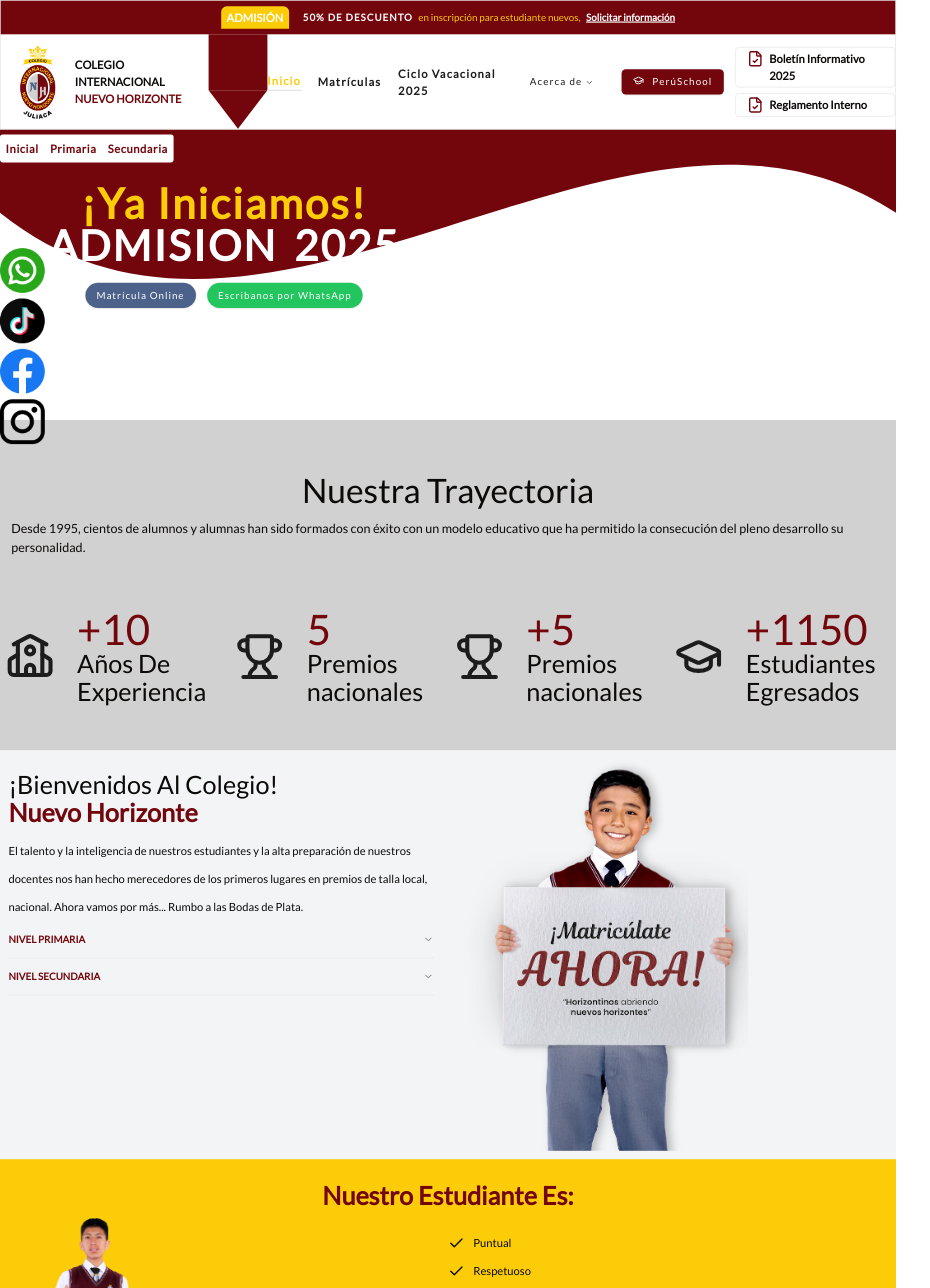
Repository: jefrydep/new_horizont_school
Page: /
The author's editor kept a copy of each file at every save. The page is drawn from the files as they stood at one save, then again after the next save.
The browser window is 1280 px wide. The page is 1280 px wide, then 1328 px, so the pictures cover 1328 px, including what lies to the right of the window. The pictures show the part of the page from y = 0 to 1840 px (the page is 4395 px tall before and 4775 px after), at 70% of full size.
The project was rebuilt for these pictures with package versions that can differ from the ones it lists, and the page was loaded fresh each time. The framework's server and built-in components were replaced by stand-ins that run in the browser. Also part of the build but not shown: next.config.ts.

Above is the page before, as saved 2024-12-04 21:45:15.

### src/app/layout.tsx
import type { Metadata } from "next";
import "./globals.css";
import Navbar from "@/components/Navbar";
import Footer from "@/components/Footer";


import { Lato } from 'next/font/google'

const lato = Lato({
  weight: '400',
  subsets: ['latin'],
  display: 'swap',
})

export const metadata: Metadata = {
  title: "COLEGIO INTERNACIONAL NUEVO HORIZONTE - JULIACA",
  description: "el mejor colegio de JULIACA,Colegio internacional nuevo horizonte",
};

export default function RootLayout({
  children,
}: Readonly<{
  children: React.ReactNode;
}>) {
  return (
    <html lang="es">

      <body
        className={` ${lato.className} antialiased `}
      >

        <div className="">
          <Navbar />
        </div>
        <main className="   ">

          {children}
          <div className="flex flex-col fixed  bottom-2     z-50   sm:top-1/2  gap-2">
            <a href="https://wa.me/+51999070701?text=Me%20gustar%C3%ADa%20recibir%20m%C3%A1s%20informaci%C3%B3n%20sobre%20el%20proceso%20de%20matr%C3%ADcula,%20requisitos%20y%20fechas%20importantes.%20Agradecer%C3%ADa%20su%20orientaci%C3%B3n%20para%20poder%20completar%20mi%20inscripci%C3%B3n%20de%20manera%20adecuada.%0A%0AQuedo%20atento%20a%20su%20respuesta.%0A%0ASaludos%20cordiales,%0A" target="_blank">
              {/* Solicitar información */}
              <img src="/whatsapp.png" alt="" className=" animate-bounce h-11  sm:h-16" />
            </a>

            <a href="https://www.tiktok.com/@colegionuevohorizonte" target="_blank">
              {/* Solicitar información */}
              <img src="/tik-tok.png" alt="" className=" animate-bounce h-11  sm:h-16 " />
            </a>
            <a href="https://www.facebook.com/internuevohorizonte  " target="_blank">
              {/* Solicitar información */}
              <img src="/facebook.png" alt="" className=" animate-bounce h-11  sm:h-16 " />
            </a>
            <a href="https://www.instagram.com/colegionuevohorizontejuliaca" target="_blank">
              {/* Solicitar información */}
              <img src="/instagram.png" alt="" className=" animate-bounce h-11  sm:h-16" />
            </a>
          </div>
        </main>
        <Footer />
      </body>
    </html>
  );
}

### src/app/page.tsx
import Form from "@/components/Form";
import Hero from "@/components/Hero";
import Location from "@/components/Location";
import PresentationCard from "@/components/PresentationCard";
import RegisterCard from "@/components/RegisterCard";
import StudentCard from "@/components/StudentCard";
import TrajectoryCard from "@/components/TrajectoryCard";

export default function Home() {
  return (
    <div className="">
      <Hero colorWave="#fff" title="¡Ya Iniciamos!" subtitle="ADMISION" year="2025" />
      <TrajectoryCard />
      <PresentationCard title="¡Bienvenidos Al Colegio!" subtitle="Nuevo Horizonte" />
      <StudentCard title="Nuestro Estudiante Es:" />
      <RegisterCard title="Proceso De Matrícula 2025" />
      <Form />
      <Location/>
    </div>
  );
}

### src/app/globals.css
@tailwind base;
@tailwind components;
@tailwind utilities;

body {
  font-family: Arial, Helvetica, sans-serif;
}

@layer base {
  :root {
    --background: 0 0% 100%;
    --foreground: 20 14.3% 4.1%;
    --card: 0 0% 100%;
    --card-foreground: 20 14.3% 4.1%;
    --popover: 0 0% 100%;
    --popover-foreground: 20 14.3% 4.1%;
    --primary: 24 9.8% 10%;
    --primary-foreground: 60 9.1% 97.8%;
    --secondary: 60 4.8% 95.9%;
    --secondary-foreground: 24 9.8% 10%;
    --muted: 60 4.8% 95.9%;
    --muted-foreground: 25 5.3% 44.7%;
    --accent: 60 4.8% 95.9%;
    --accent-foreground: 24 9.8% 10%;
    --destructive: 0 84.2% 60.2%;
    --destructive-foreground: 60 9.1% 97.8%;
    --border: 20 5.9% 90%;
    --input: 20 5.9% 90%;
    --ring: 20 14.3% 4.1%;
    --chart-1: 12 76% 61%;
    --chart-2: 173 58% 39%;
    --chart-3: 197 37% 24%;
    --chart-4: 43 74% 66%;
    --chart-5: 27 87% 67%;
    --radius: 0.5rem;
  }
  .dark {
    --background: 20 14.3% 4.1%;
    --foreground: 60 9.1% 97.8%;
    --card: 20 14.3% 4.1%;
    --card-foreground: 60 9.1% 97.8%;
    --popover: 20 14.3% 4.1%;
    --popover-foreground: 60 9.1% 97.8%;
    --primary: 60 9.1% 97.8%;
    --primary-foreground: 24 9.8% 10%;
    --secondary: 12 6.5% 15.1%;
    --secondary-foreground: 60 9.1% 97.8%;
    --muted: 12 6.5% 15.1%;
    --muted-foreground: 24 5.4% 63.9%;
    --accent: 12 6.5% 15.1%;
    --accent-foreground: 60 9.1% 97.8%;
    --destructive: 0 62.8% 30.6%;
    --destructive-foreground: 60 9.1% 97.8%;
    --border: 12 6.5% 15.1%;
    --input: 12 6.5% 15.1%;
    --ring: 24 5.7% 82.9%;
    --chart-1: 220 70% 50%;
    --chart-2: 160 60% 45%;
    --chart-3: 30 80% 55%;
    --chart-4: 280 65% 60%;
    --chart-5: 340 75% 55%;
  }
}

@layer base {
  * {
    @apply border-border;
  }
  body {
    @apply bg-background text-foreground;
  }
}
@keyframes slideDown {
  0% {
    transform: translateY(-20px);
    opacity: 0;
  }
  100% {
    transform: translateY(0);
    opacity: 1;
  }
}

.animate-slide-down {
  animation: slideDown 1s ease-out forwards;
}

/* Animación con retraso para un efecto de secuencia */
.animate-slide-down-delay-1 {
  animation: slideDown 1s ease-out forwards;
  animation-delay: 0.3s; /* Retraso para el primer texto */
}

.animate-slide-down-delay-2 {
  animation: slideDown 1s ease-out forwards;
  animation-delay: 0.6s; /* Retraso para el segundo texto */
}

### src/components/Hero.tsx
"use client";
import { Button } from "./ui/button";

const imagesHero = [
  {
    id: 1,
    path: "/matricula-2025.jpg",
  },
  {
    id: 2,
    path: "/matricula-2025-2.jpg",
  },
  {
    id: 3,
    path: "/matricula-2025-3.jpg",
  },
  {
    id: 4,
    path: "/matricula-2025-4.jpg",
  },
  {
    id: 5,
    path: "/matricula-2025-5.jpg",
  },
  {
    id: 6,
    path: "/ingresante.jpg",
  },
];
import {
  Carousel,
  CarouselContent,
  CarouselItem,
  CarouselNext,
  CarouselPrevious,
} from "@/components/ui/carousel";
import Autoplay from "embla-carousel-autoplay";

interface Props {
  title: string;
  subtitle: string;
  year?: string;

  colorWave?: string;
}

export default function Hero({ title, subtitle, year, colorWave }: Props) {
  return (
    <div className=" bg-title  ">
      <section className="container m-auto sm:pt-8 pt-40">
        {/* Contenedor con la imagen, texto y botones */}
        <div className="    flex flex-col     sm:pt-40 relative">
          <div className="   flex flex-row text-title font-bold justify-center mb-7 w-full sm:w-min    h-min    px-2 py-2 tracking-wider rounded gap-4   bg-white">
            <span>Inicial</span>
            <span>Primaria</span>
            <span>Secundaria</span>
          </div>
          {/* <div className="">
            <img className="z-50" src="/matricula-2025.jpg" alt=""  />
          </div> */}
          <div className="flex flex-col sm:flex-row  ">
            <div className="   flex flex-col items-center sm:w-[50%] text-center px-4">
              <h1 className=" animate-slide-down-delay-2   text-4xl sm:text-6xl font-bold text-[#fbcc07] tracking-wider">
                {title}
                <br />
                <div>
                  <span className="text-white">{subtitle}</span>
                  <span className="text-white ml-6">{year}</span>
                </div>
              </h1>

              <div className="flex justify-center z-40   duration-75 text-white  gap-4 mt-6">
                <Button className="rounded-3xl   tracking-widest">
                  <a
                    href="https://wa.me/+51999070701?text=Me%20gustar%C3%ADa%20recibir%20m%C3%A1s%20informaci%C3%B3n%20sobre%20el%20proceso%20de%20matr%C3%ADcula,%20requisitos%20y%20fechas%20importantes.%20Agradecer%C3%ADa%20su%20orientaci%C3%B3n%20para%20poder%20completar%20mi%20inscripci%C3%B3n%20de%20manera%20adecuada.%0A%0AQuedo%20atento%20a%20su%20respuesta.%0A%0ASaludos%20cordiales,%0A"
                    target="_blank"
                  >
                    Matrícula Online
                  </a>
                </Button>
                <Button className="bg-green-500  hover:bg-green-600  tracking-widest  rounded-3xl">
                  <a
                    href="https://wa.me/+51999070701?text=Me%20gustar%C3%ADa%20recibir%20m%C3%A1s%20informaci%C3%B3n%20sobre%20el%20proceso%20de%20matr%C3%ADcula,%20requisitos%20y%20fechas%20importantes.%20Agradecer%C3%ADa%20su%20orientaci%C3%B3n%20para%20poder%20completar%20mi%20inscripci%C3%B3n%20de%20manera%20adecuada.%0A%0AQuedo%20atento%20a%20su%20respuesta.%0A%0ASaludos%20cordiales,%0A"
                    target="_blank"
                  >
                    Escribanos por WhatsApp
                  </a>
                </Button>
              </div>
              <div className="flex gap-3 mt-8">
                <h5 className="text-subtitle ">Lema:</h5>
                <b className="tracking-wider text-white">
                  “Horizontinos abriendo nuevos horizontes”
                </b>
              </div>
            </div>



            {/* <Carousel
              plugins={[
                Autoplay({
                  delay: 3000,
                }),
              ]}
              className=" px-3    sm:w-[50%] z-10  "
            >
              <CarouselContent className="min">
                {imagesHero.map((img) => (
                  <CarouselItem key={img.id}>
                    <div className=" ">
                      <div className="    flex justify-center   z-10">
                        <img
                          src={img.path}
                          alt="Imagen principal"
                          className="   w-full       "
                        />
                      </div>
                    </div>
                  </CarouselItem>
                ))}
              </CarouselContent>
              <CarouselPrevious />
              <CarouselNext className="hidden sm:block" />
            </Carousel> */}
          </div>
          <div className="absolute bottom-0 sm:hidden w-full h-16">
            <svg
              className="absolute bottom-0 left-0 w-full"
              viewBox="0 0 500 150"
              preserveAspectRatio="none"
            >
              <path
                d="M0.00,49.98 C149.54,170.23 349.20,-49.98 500.00,49.98 L500.00,150.00 L0.00,150.00 "
                fill={colorWave ? colorWave : "#1c1c1c"} // Color de la ola (puedes usar cualquier color)
              ></path>
            </svg>
          </div>
        </div>

        {/* La ola (wave) en la parte inferior */}
      </section>
      <div className="relative hidden sm:block  w-full h-16">
        <svg
          className="absolute bottom-0 left-0 w-full"
          viewBox="0 0 500 150"
          preserveAspectRatio="none"
        >
          <path
            d="M0.00,49.98 C149.54,170.23 349.20,-49.98 500.00,49.98 L500.00,150.00 L0.00,150.00 Z"
            // fill="#73060C" // Color de la ola (puedes usar cualquier color)
            fill={colorWave ? colorWave : "#1c1c1c"} // Color de la ola (puedes usar cualquier color)
          ></path>
        </svg>
      </div>
    </div>
  );
}

### src/components/Location.tsx

export default function Location() {
    return (
        <div className='w-full container m-auto bg-red-400'>
            {/* <iframe src="https://www.google.com/maps/embed?pb=!1m18!1m12!1m3!1d3844.9316625787906!2d-70.12231792745375!3d-15.488107585110283!2m3!1f0!2f0!3f0!3m2!1i1024!2i768!4f13.1!3m3!1m2!1s0x9167f3956c2bda63%3A0x64c4524617e0482a!2sColegio%20Nuevo%20Horizonte!5e0!3m2!1ses-419!2spe!4v1731094832258!5m2!1ses-419!2spe" width="600" height="450" style="border:0;" allowfullscreen="" loading="lazy" referrerpolicy="no-referrer-when-downgrade"></iframe> */}
            <iframe src="https://www.google.com/maps/embed?pb=!1m18!1m12!1m3!1d3844.9316625787906!2d-70.12231792745375!3d-15.488107585110283!2m3!1f0!2f0!3f0!3m2!1i1024!2i768!4f13.1!3m3!1m2!1s0x9167f3956c2bda63%3A0x64c4524617e0482a!2sColegio%20Nuevo%20Horizonte!5e0!3m2!1ses-419!2spe!4v1731094832258!5m2!1ses-419!2spe" width="100%" height="450"   loading="lazy"  ></iframe>
        </div>
    )
}

### src/components/StudentCard.tsx
import { Check } from "lucide-react";
const student = [
    {
        id: 1,
        profile: "Puntual"
    },
    {
        id: 2,
        profile: "Respetuoso"
    },
    {
        id: 3,
        profile: "Responsable"
    },
    {
        id: 4,
        profile: "Honesto"
    },

]
interface Props {
    title: string;

}
export default function StudentCard({ title }: Props) {
    return (
        <div className="bg-[#fbcc07] pt-8">

            <h4 className="text-4xl  text-title text-center font-bold">{title}</h4>
            <div className="container grid  grid-cols-1 sm:grid-cols-2   m-auto p-3">
                <div>
                    <img src="/SECUNDARIA.png" alt="nivel primaria" className="h-[23rem] sm:h-[33rem]" />
                </div>
                <div className="  w-full ">
                    {/* <h4 className="text-4xl">{subtitle}</h4> */}
                    <div className="leading-10 text-base mt-4">
                        {student.map(student => (



                            <span key={student.id} className="flex   items-center">
                                <Check />
                                <p className="ml-3">
                                    {student.profile}
                                </p>
                            </span>
                        ))}

                    </div>

                </div>


            </div>
        </div>
    )
}

### src/components/ui/button.tsx
import * as React from "react"
import { Slot } from "@radix-ui/react-slot"
import { cva, type VariantProps } from "class-variance-authority"

import { cn } from "@/lib/utils"

const buttonVariants = cva(
  "inline-flex items-center justify-center gap-2 whitespace-nowrap rounded-md text-sm font-medium transition-colors focus-visible:outline-none focus-visible:ring-1 focus-visible:ring-ring disabled:pointer-events-none disabled:opacity-50 [&_svg]:pointer-events-none [&_svg]:size-4 [&_svg]:shrink-0",
  {
    variants: {
      variant: {
        default:
          "bg-primary text-primary-foreground shadow hover:bg-primary/90",
        destructive:
          "bg-destructive text-destructive-foreground shadow-sm hover:bg-destructive/90",
        outline:
          "border border-input bg-background shadow-sm hover:bg-accent hover:text-accent-foreground",
        secondary:
          "bg-secondary text-secondary-foreground shadow-sm hover:bg-secondary/80",
        ghost: "hover:bg-accent hover:text-accent-foreground",
        link: "text-primary underline-offset-4 hover:underline",
      },
      size: {
        default: "h-9 px-4 py-2",
        sm: "h-8 rounded-md px-3 text-xs",
        lg: "h-10 rounded-md px-8",
        icon: "h-9 w-9",
      },
    },
    defaultVariants: {
      variant: "default",
      size: "default",
    },
  }
)

export interface ButtonProps
  extends React.ButtonHTMLAttributes<HTMLButtonElement>,
    VariantProps<typeof buttonVariants> {
  asChild?: boolean
}

const Button = React.forwardRef<HTMLButtonElement, ButtonProps>(
  ({ className, variant, size, asChild = false, ...props }, ref) => {
    const Comp = asChild ? Slot : "button"
    return (
      <Comp
        className={cn(buttonVariants({ variant, size, className }))}
        ref={ref}
        {...props}
      />
    )
  }
)
Button.displayName = "Button"

export { Button, buttonVariants }

### src/components/ui/textarea.tsx
import * as React from "react"

import { cn } from "@/lib/utils"

const Textarea = React.forwardRef<
  HTMLTextAreaElement,
  React.ComponentProps<"textarea">
>(({ className, ...props }, ref) => {
  return (
    <textarea
      className={cn(
        "flex min-h-[60px] w-full rounded-md border border-gray-600 bg-transparent px-3 py-2 text-base shadow-sm placeholder:text-muted-foreground focus-visible:outline-none focus-visible:ring-1 focus-visible:ring-ring disabled:cursor-not-allowed disabled:opacity-50 md:text-sm",
        className
      )}
      ref={ref}
      {...props}
    />
  )
})
Textarea.displayName = "Textarea"

export { Textarea }

### src/components/ui/input.tsx
import * as React from "react"

import { cn } from "@/lib/utils"

const Input = React.forwardRef<HTMLInputElement, React.ComponentProps<"input">>(
  ({ className, type, ...props }, ref) => {
    return (
      <input
        type={type}
        className={cn(
          "flex h-9 w-full rounded-md border  border-gray-600 bg-transparent  px-3 py-1 text-base shadow-sm transition-colors file:border-0 file:bg-transparent file:text-sm file:font-medium file:text-foreground placeholder:text-muted-foreground focus-visible:outline-none focus-visible:ring-1 focus-visible:ring-ring disabled:cursor-not-allowed disabled:opacity-50 md:text-sm",
          className
        )}
        ref={ref}
        {...props}
      />
    )
  }
)
Input.displayName = "Input"

export { Input }

### src/components/ui/accordion.tsx
"use client"

import * as React from "react"
import * as AccordionPrimitive from "@radix-ui/react-accordion"
import { ChevronDown } from "lucide-react"

import { cn } from "@/lib/utils"

const Accordion = AccordionPrimitive.Root

const AccordionItem = React.forwardRef<
  React.ElementRef<typeof AccordionPrimitive.Item>,
  React.ComponentPropsWithoutRef<typeof AccordionPrimitive.Item>
>(({ className, ...props }, ref) => (
  <AccordionPrimitive.Item
    ref={ref}
    className={cn("border-b", className)}
    {...props}
  />
))
AccordionItem.displayName = "AccordionItem"

const AccordionTrigger = React.forwardRef<
  React.ElementRef<typeof AccordionPrimitive.Trigger>,
  React.ComponentPropsWithoutRef<typeof AccordionPrimitive.Trigger>
>(({ className, children, ...props }, ref) => (
  <AccordionPrimitive.Header className="flex">
    <AccordionPrimitive.Trigger
      ref={ref}
      className={cn(
        "flex flex-1 items-center justify-between py-4 text-sm font-medium transition-all hover:underline text-left [&[data-state=open]>svg]:rotate-180",
        className
      )}
      {...props}
    >
      {children}
      <ChevronDown className="h-4 w-4 shrink-0 text-muted-foreground transition-transform duration-200" />
    </AccordionPrimitive.Trigger>
  </AccordionPrimitive.Header>
))
AccordionTrigger.displayName = AccordionPrimitive.Trigger.displayName

const AccordionContent = React.forwardRef<
  React.ElementRef<typeof AccordionPrimitive.Content>,
  React.ComponentPropsWithoutRef<typeof AccordionPrimitive.Content>
>(({ className, children, ...props }, ref) => (
  <AccordionPrimitive.Content
    ref={ref}
    className="overflow-hidden text-sm data-[state=closed]:animate-accordion-up data-[state=open]:animate-accordion-down"
    {...props}
  >
    <div className={cn("pb-4 pt-0", className)}>{children}</div>
  </AccordionPrimitive.Content>
))
AccordionContent.displayName = AccordionPrimitive.Content.displayName

export { Accordion, AccordionItem, AccordionTrigger, AccordionContent }

### tailwind.config.ts
import type { Config } from "tailwindcss";

export default {
	darkMode: ["class"],
	content: [
		"./src/pages/**/*.{js,ts,jsx,tsx,mdx}",
		"./src/components/**/*.{js,ts,jsx,tsx,mdx}",
		"./src/app/**/*.{js,ts,jsx,tsx,mdx}",
	],
	theme: {
    	extend: {
    		colors: {
    			background: 'hsl(var(--background))',
    			foreground: 'hsl(var(--foreground))',
    			card: {
    				DEFAULT: 'hsl(var(--card))',
    				foreground: 'hsl(var(--card-foreground))'
    			},
    			popover: {
    				DEFAULT: 'hsl(var(--popover))',
    				foreground: 'hsl(var(--popover-foreground))'
    			},
    			primary: {
    				DEFAULT: '#4c628a'
    			},
    			secondary: {
    				DEFAULT: '#1c1c1c'
    			},
    			backgroundGray: {
    				DEFAULT: '#d1d1d1'
    			},
				title:{
					DEFAULT:"#73060C"
				},
				subtitle:{
					DEFAULT:"#fbcc07"
				},
    			muted: {
    				DEFAULT: 'hsl(var(--muted))',
    				foreground: 'hsl(var(--muted-foreground))'
    			},
    			accent: {
    				DEFAULT: 'hsl(var(--accent))',
    				foreground: 'hsl(var(--accent-foreground))'
    			},
    			destructive: {
    				DEFAULT: 'hsl(var(--destructive))',
    				foreground: 'hsl(var(--destructive-foreground))'
    			},
    			border: 'hsl(var(--border))',
    			input: 'hsl(var(--input))',
    			ring: 'hsl(var(--ring))',
    			chart: {
    				'1': 'hsl(var(--chart-1))',
    				'2': 'hsl(var(--chart-2))',
    				'3': 'hsl(var(--chart-3))',
    				'4': 'hsl(var(--chart-4))',
    				'5': 'hsl(var(--chart-5))'
    			}
    		},
    		borderRadius: {
    			lg: 'var(--radius)',
    			md: 'calc(var(--radius) - 2px)',
    			sm: 'calc(var(--radius) - 4px)'
    		},
    		keyframes: {
    			'accordion-down': {
    				from: {
    					height: '0'
    				},
    				to: {
    					height: 'var(--radix-accordion-content-height)'
    				}
    			},
    			'accordion-up': {
    				from: {
    					height: 'var(--radix-accordion-content-height)'
    				},
    				to: {
    					height: '0'
    				}
    			}
    		},
    		animation: {
    			'accordion-down': 'accordion-down 0.2s ease-out',
    			'accordion-up': 'accordion-up 0.2s ease-out'
    		}
    	}
    },
	plugins: [require("tailwindcss-animate")],
} satisfies Config;

Loaded but not shown: src/lib/utils.ts (common file); src/app/data/data.ts (459 lines, source omitted); src/components/Navbar.tsx (292 lines, source omitted); src/components/RegisterCard.tsx (178 lines, source omitted); src/components/ui/carousel.tsx (262 lines, source omitted); src/components/ui/navigation-menu.tsx (128 lines, source omitted); src/components/Form.tsx (162 lines, source omitted); src/components/ui/sheet.tsx (140 lines, source omitted); src/components/Footer.tsx (97 lines, source omitted); src/components/TrajectoryCard.tsx (65 lines, source omitted); src/components/PresentationCard.tsx (66 lines, source omitted)

After the next save:
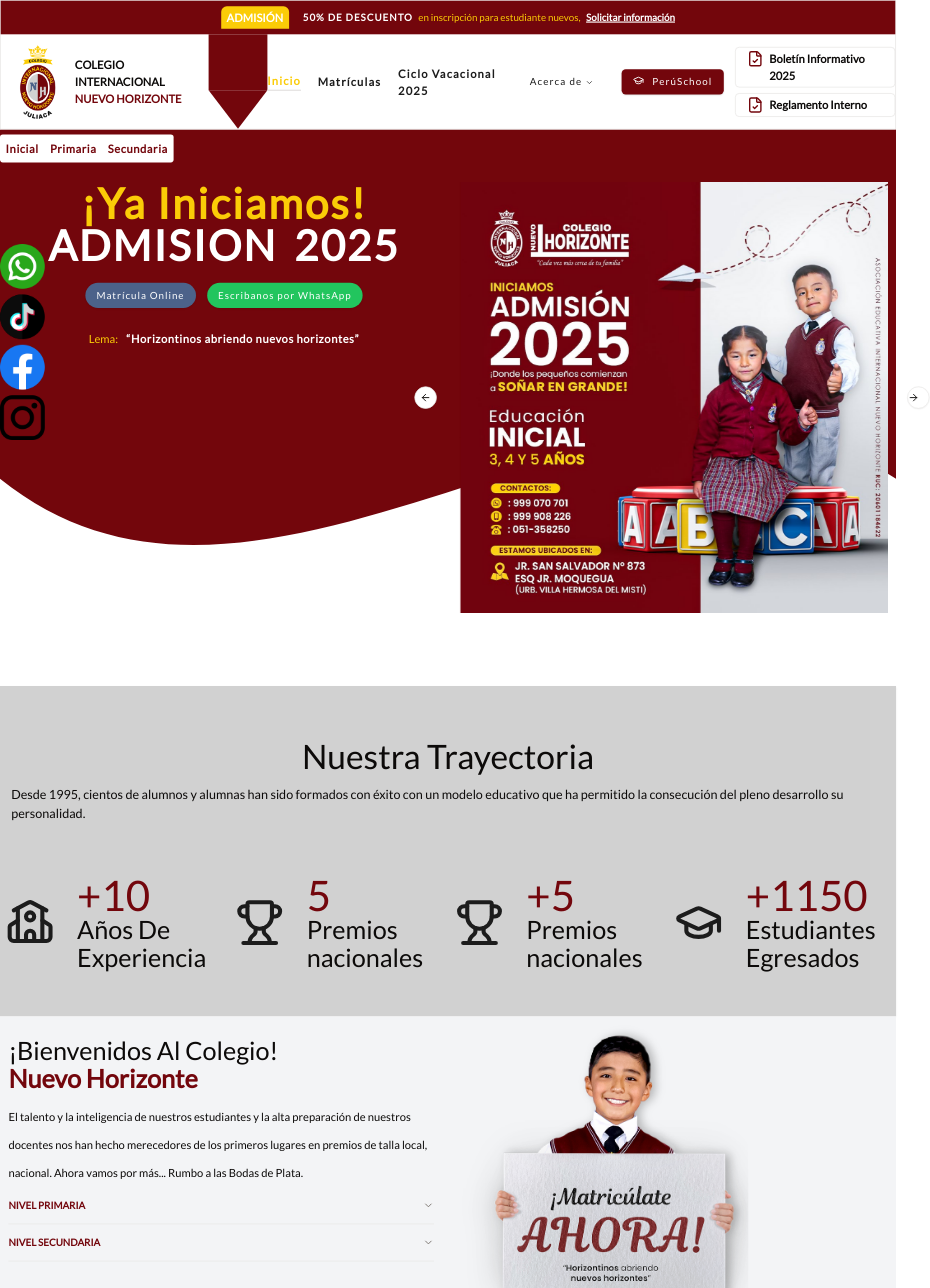
Saved 14 s later.
--- a/src/components/Hero.tsx
+++ b/src/components/Hero.tsx
@@ -97,7 +97,7 @@ export default function Hero({ title, subtitle, year, colorWave }: Props) {
 
 
 
-            {/* <Carousel
+            <Carousel
               plugins={[
                 Autoplay({
                   delay: 3000,
@@ -122,7 +122,7 @@ export default function Hero({ title, subtitle, year, colorWave }: Props) {
               </CarouselContent>
               <CarouselPrevious />
               <CarouselNext className="hidden sm:block" />
-            </Carousel> */}
+            </Carousel>
           </div>
           <div className="absolute bottom-0 sm:hidden w-full h-16">
             <svg
